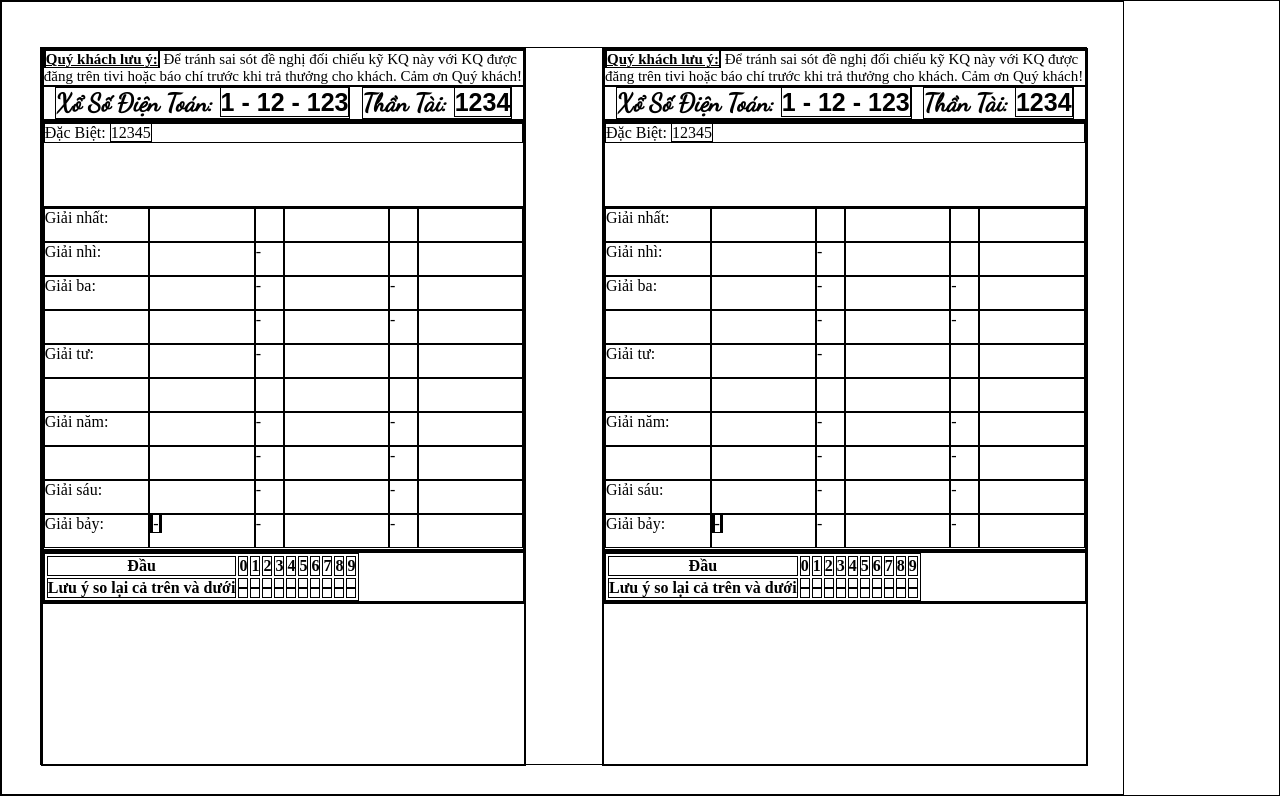
Repository: AnhDuc0125/xskt123
Page: index.html
An editor plug-in stored every save of this project. The page is shown before and after the next save, followed by the edit.
The browser window is 1280 px wide. The pictures show the whole page.
Some web fonts or font styles are not loaded; a fallback is used.

Above is the page before, as saved 2022-01-29 16:50:39.

### index.html
<!DOCTYPE html>
<html lang="en">
  <head>
    <meta charset="UTF-8" />
    <meta http-equiv="X-UA-Compatible" content="IE=edge" />
    <meta name="viewport" content="width=device-width, initial-scale=1.0" />
    <link rel="stylesheet" href="style.css" />
    <title>Document</title>
  </head>
  <body>
    <div class="boxed__container">
      <div class="boxed--1">
        <div class="header">
          <div class="header--1">
            <b><u>Quý khách lưu ý:</u></b> Để tránh sai sót đề nghị đối chiếu kỹ
            KQ này với KQ được đăng trên tivi hoặc báo chí trước khi trả thưởng
            cho khách. Cảm ơn Quý khách!
          </div>
          <div class="header--2">
            <div class="dienToan">
              Xổ Số Điện Toán:
              <span id="data__dienToan--1">1 - 12 - 123</span>
            </div>
            <div class="thanTai">
              Thần Tài: <span id="data__thanTai--1">1234</span>
            </div>
          </div>
        </div>

        <div class="body">
          <div class="body--1">
            <div class="dacBiet">
              Đặc Biệt:
              <span id="data__dacBiet">12345</span>
            </div>
          </div>
          <div class="body--2">
            <!-- row1 -->
            <div class="body__item">Giải nhất:</div>
            <div class="body__item data__body"></div>
            <div class="body__item"></div>
            <div class="body__item"></div>
            <div class="body__item"></div>
            <div class="body__item"></div>
            <!-- row2 -->
            <div class="body__item">Giải nhì:</div>
            <div class="body__item data__body"></div>
            <div class="body__item space">-</div>
            <div class="body__item data__body"></div>
            <div class="body__item"></div>
            <div class="body__item"></div>
            <!-- row3 -->
            <div class="body__item">Giải ba:</div>
            <div class="body__item data__body"></div>
            <div class="body__item space">-</div>
            <div class="body__item data__body"></div>
            <div class="body__item space">-</div>
            <div class="body__item data__body"></div>
            <!-- row4 -->
            <div class="body__item"></div>
            <div class="body__item data__body"></div>
            <div class="body__item space">-</div>
            <div class="body__item data__body"></div>
            <div class="body__item space">-</div>
            <div class="body__item data__body"></div>
            <!-- row5 -->
            <div class="body__item">Giải tư:</div>
            <div class="body__item data__body"></div>
            <div class="body__item space">-</div>
            <div class="body__item data__body"></div>
            <div class="body__item"></div>
            <div class="body__item"></div>
            <!-- row6 -->
            <div class="body__item"></div>
            <div class="body__item data__body"></div>
            <div class="body__item"></div>
            <div class="body__item data__body"></div>
            <div class="body__item"></div>
            <div class="body__item"></div>
            <!-- row7 -->
            <div class="body__item">Giải năm:</div>
            <div class="body__item data__body"></div>
            <div class="body__item space">-</div>
            <div class="body__item data__body"></div>
            <div class="body__item space">-</div>
            <div class="body__item data__body"></div>
            <!-- row8 -->
            <div class="body__item"></div>
            <div class="body__item data__body"></div>
            <div class="body__item space">-</div>
            <div class="body__item data__body"></div>
            <div class="body__item space">-</div>
            <div class="body__item data__body"></div>
            <!-- row9 -->
            <div class="body__item">Giải sáu:</div>
            <div class="body__item data__body"></div>
            <div class="body__item space">-</div>
            <div class="body__item data__body"></div>
            <div class="body__item space">-</div>
            <div class="body__item data__body"></div>
            <!-- row10 -->
            <div class="body__item">Giải bảy:</div>
            <div class="body__item">
              <span class="data__body"></span>
              <span>-</span>
              <span class="data__body"></span>
            </div>
            <div class="body__item space">-</div>
            <div class="body__item data__body"></div>
            <div class="body__item space">-</div>
            <div class="body__item data__body"></div>
          </div>
        </div>

        <div class="footer">
          <div class="footer--1">
            <table>
              <tr>
                <th class="head-footer1 fontStyle">Đầu</th>
                <th>0</th>
                <th>1</th>
                <th>2</th>
                <th>3</th>
                <th>4</th>
                <th>5</th>
                <th>6</th>
                <th>7</th>
                <th>8</th>
                <th>9</th>
              </tr>
              <tr class="tr-class">
                <th class="head-footer">Lưu ý so lại cả trên và dưới</th>
                <th class="data-fill-table">
                  <ul id="col-0"></ul>
                </th>
                <th class="data-fill-table">
                  <ul id="col-1"></ul>
                </th>
                <th class="data-fill-table">
                  <ul id="col-2"></ul>
                </th>
                <th class="data-fill-table">
                  <ul id="col-3"></ul>
                </th>
                <th class="data-fill-table">
                  <ul id="col-4"></ul>
                </th>
                <th class="data-fill-table">
                  <ul id="col-5"></ul>
                </th>
                <th class="data-fill-table">
                  <ul id="col-6"></ul>
                </th>
                <th class="data-fill-table">
                  <ul id="col-7"></ul>
                </th>
                <th class="data-fill-table">
                  <ul id="col-8"></ul>
                </th>
                <th class="data-fill-table">
                  <ul id="col-9"></ul>
                </th>
              </tr>
            </table>
          </div>
          <div class="footer--2"></div>
        </div>
      </div>
      <div class="boxed--2">
        <div class="header">
          <div class="header--1">
            <b><u>Quý khách lưu ý:</u></b> Để tránh sai sót đề nghị đối chiếu kỹ
            KQ này với KQ được đăng trên tivi hoặc báo chí trước khi trả thưởng
            cho khách. Cảm ơn Quý khách!
          </div>
          <div class="header--2">
            <div class="dienToan">
              Xổ Số Điện Toán:
              <span id="data__dienToan--2">1 - 12 - 123</span>
            </div>
            <div class="thanTai">
              Thần Tài: <span id="data__thanTai--2">1234</span>
            </div>
          </div>
        </div>

        <div class="body">
          <div class="body--1">
            <div class="dacBiet">
              Đặc Biệt:
              <span id="data__dacBiet">12345</span>
            </div>
          </div>
          <div class="body--2">
            <!-- row1 -->
            <div class="body__item">Giải nhất:</div>
            <div class="body__item data__body"></div>
            <div class="body__item"></div>
            <div class="body__item"></div>
            <div class="body__item"></div>
            <div class="body__item"></div>
            <!-- row2 -->
            <div class="body__item">Giải nhì:</div>
            <div class="body__item data__body"></div>
            <div class="body__item space">-</div>
            <div class="body__item data__body"></div>
            <div class="body__item"></div>
            <div class="body__item"></div>
            <!-- row3 -->
            <div class="body__item">Giải ba:</div>
            <div class="body__item data__body"></div>
            <div class="body__item space">-</div>
            <div class="body__item data__body"></div>
            <div class="body__item space">-</div>
            <div class="body__item data__body"></div>
            <!-- row4 -->
            <div class="body__item"></div>
            <div class="body__item data__body"></div>
            <div class="body__item space">-</div>
            <div class="body__item data__body"></div>
            <div class="body__item space">-</div>
            <div class="body__item data__body"></div>
            <!-- row5 -->
            <div class="body__item">Giải tư:</div>
            <div class="body__item data__body"></div>
            <div class="body__item space">-</div>
            <div class="body__item data__body"></div>
            <div class="body__item"></div>
            <div class="body__item"></div>
            <!-- row6 -->
            <div class="body__item"></div>
            <div class="body__item data__body"></div>
            <div class="body__item"></div>
            <div class="body__item data__body"></div>
            <div class="body__item"></div>
            <div class="body__item"></div>
            <!-- row7 -->
            <div class="body__item">Giải năm:</div>
            <div class="body__item data__body"></div>
            <div class="body__item space">-</div>
            <div class="body__item data__body"></div>
            <div class="body__item space">-</div>
            <div class="body__item data__body"></div>
            <!-- row8 -->
            <div class="body__item"></div>
            <div class="body__item data__body"></div>
            <div class="body__item space">-</div>
            <div class="body__item data__body"></div>
            <div class="body__item space">-</div>
            <div class="body__item data__body"></div>
            <!-- row9 -->
            <div class="body__item">Giải sáu:</div>
            <div class="body__item data__body"></div>
            <div class="body__item space">-</div>
            <div class="body__item data__body"></div>
            <div class="body__item space">-</div>
            <div class="body__item data__body"></div>
            <!-- row10 -->
            <div class="body__item">Giải bảy:</div>
            <div class="body__item">
              <span class="data__body"></span>
              <span>-</span>
              <span class="data__body"></span>
            </div>
            <div class="body__item space">-</div>
            <div class="body__item data__body"></div>
            <div class="body__item space">-</div>
            <div class="body__item data__body"></div>
          </div>
        </div>

        <div class="footer">
          <div class="footer--1">
            <table>
              <tr>
                <th class="head-footer1 fontStyle">Đầu</th>
                <th>0</th>
                <th>1</th>
                <th>2</th>
                <th>3</th>
                <th>4</th>
                <th>5</th>
                <th>6</th>
                <th>7</th>
                <th>8</th>
                <th>9</th>
              </tr>
              <tr class="tr-class">
                <th class="head-footer">Lưu ý so lại cả trên và dưới</th>
                <th class="data-fill-table">
                  <ul id="col-0--1"></ul>
                </th>
                <th class="data-fill-table">
                  <ul id="col-1--1"></ul>
                </th>
                <th class="data-fill-table">
                  <ul id="col-2--1"></ul>
                </th>
                <th class="data-fill-table">
                  <ul id="col-3--1"></ul>
                </th>
                <th class="data-fill-table">
                  <ul id="col-4--1"></ul>
                </th>
                <th class="data-fill-table">
                  <ul id="col-5--1"></ul>
                </th>
                <th class="data-fill-table">
                  <ul id="col-6--1"></ul>
                </th>
                <th class="data-fill-table">
                  <ul id="col-7--1"></ul>
                </th>
                <th class="data-fill-table">
                  <ul id="col-8--1"></ul>
                </th>
                <th class="data-fill-table">
                  <ul id="col-9--1"></ul>
                </th>
              </tr>
            </table>
          </div>
          <div class="footer--2"></div>
        </div>
      </div>
    </div>
  </body>
</html>

### style.css
@import url("https://fonts.googleapis.com/css2?family=Great+Vibes&display=swap");
@import url("https://fonts.googleapis.com/css2?family=Dancing+Script&display=swap");
@import url("https://fonts.googleapis.com/css2?family=Andada+Pro:ital,wght@1,800&display=swap");

* {
  margin: 0;
  padding: 0;
  box-sizing: border-box;
  border: 1px solid black;
}

body {
  width: 29.7cm;
  height: 21cm;
}

.boxed__container {
  width: 27.7cm;
  height: 19cm;
  margin: 1.2cm 1cm 0.8cm;
  display: grid;
  grid-template-columns: 12.85cm 12.85cm;
  grid-template-rows: 19cm;
  column-gap: 2cm;
}

.boxed--1,
.boxed--2 {
  width: 12.85cm;
  height: 19cm;
}

/* header css*/
.header {
  width: 100%;
  height: 10%;
}

.header--1 {
  font-size: 15px;
}

.header--2 {
  font-family: "Dancing Script", cursive;
  font-weight: bold;
  font-size: 25px;
  display: flex;
  justify-content: space-evenly;
}

#data__dienToan--1,
#data__thanTai--1,
#data__dienToan--2,
#data__thanTai--2 {
  font-family: arial;
}

/* body css*/
.body {
  width: 100%;
  height: 60%;
}

.body--1 {
  width: 100%;
  height: 20%;
}

.body--2 {
  width: 100%;
  height: 80%;
  display: grid;
  grid-template-columns: 22% 22% 6% 22% 6% 22%;
  grid-template-rows: 10% 10% 10% 10% 10% 10% 10% 10% 10% 10%;
}

.footer {
  width: 100%;
  height: 30%;
}

After the next save:
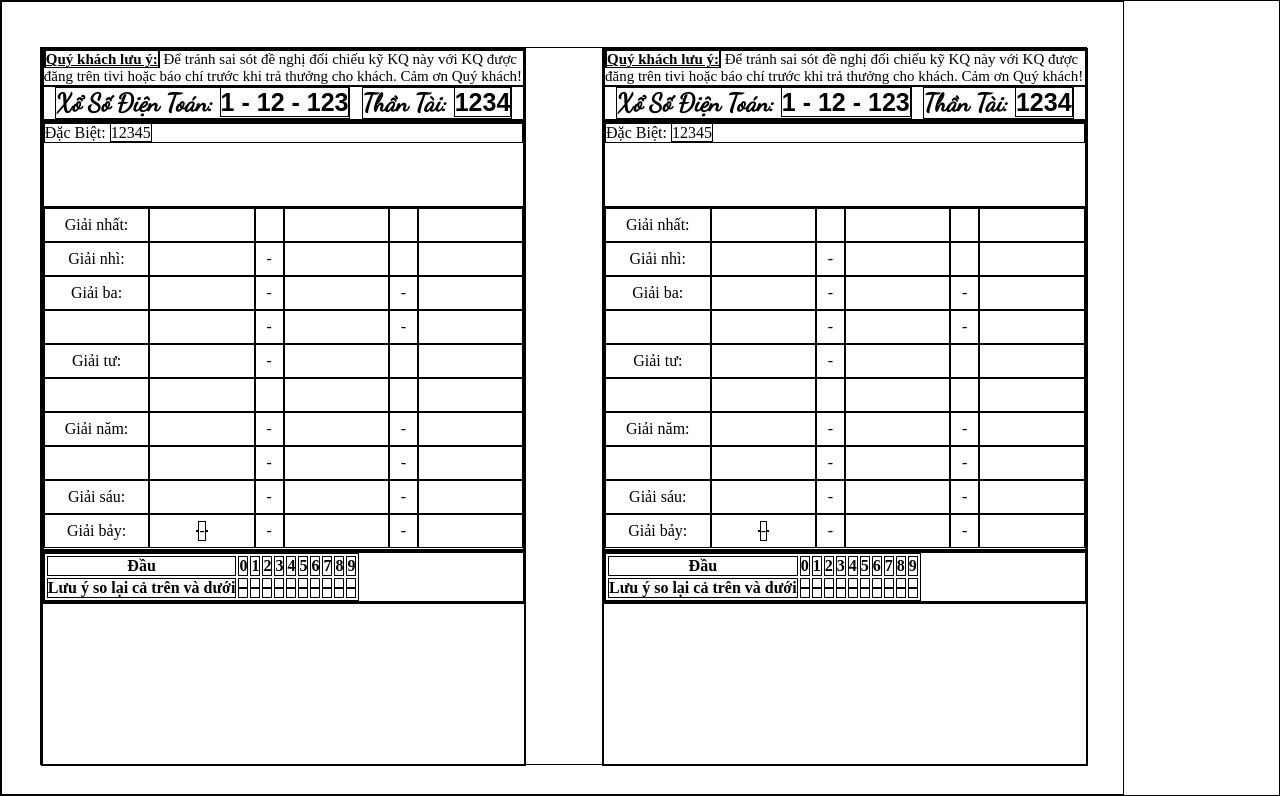
Saved 35 s later.
--- a/style.css
+++ b/style.css
@@ -74,6 +74,12 @@ body {
   grid-template-rows: 10% 10% 10% 10% 10% 10% 10% 10% 10% 10%;
 }
 
+.body--2 .body__item {
+  display: flex;
+  justify-content: center;
+  align-items: center;
+}
+
 .footer {
   width: 100%;
   height: 30%;
